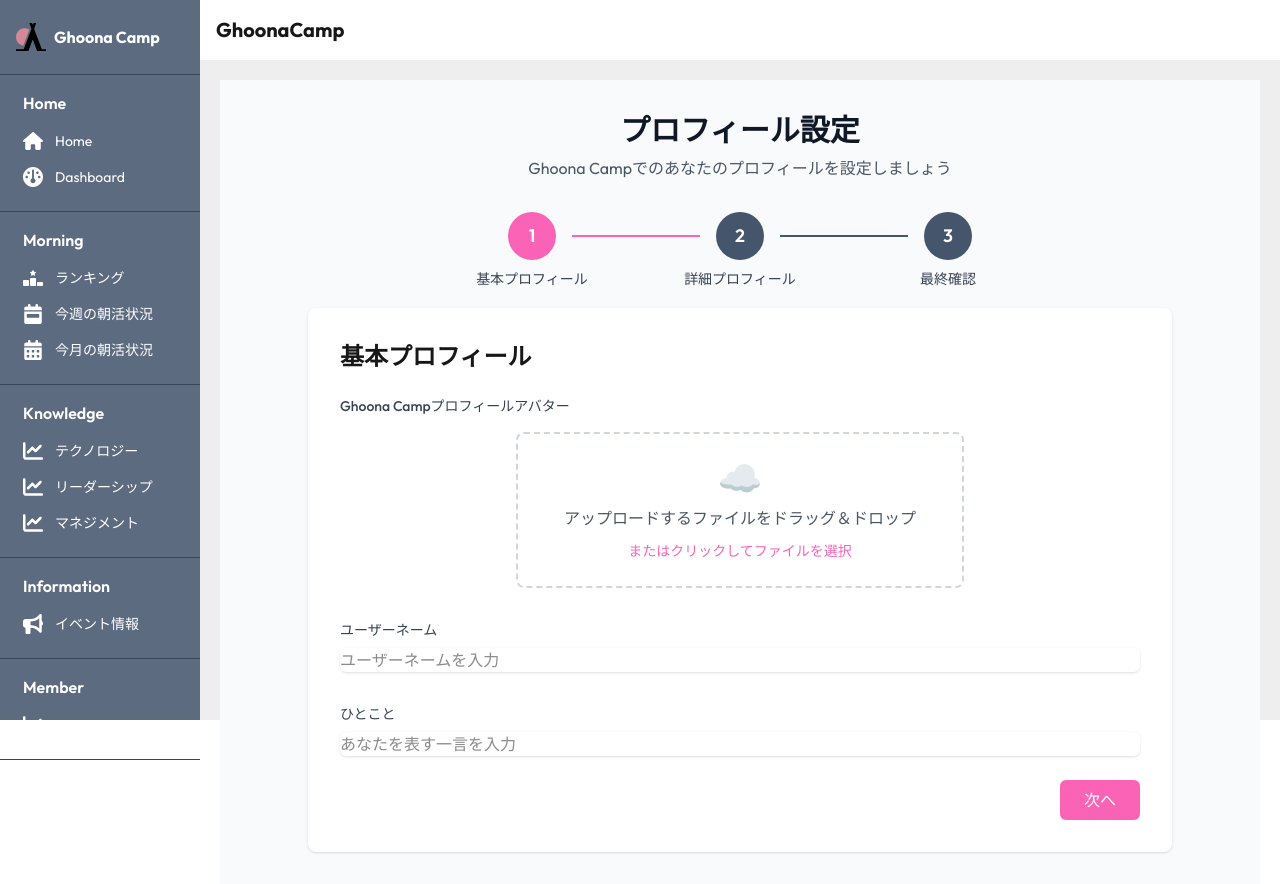
Repository: ShotaGhoona/ghoonacamp_platform
Page: /setting/profile
The author's editor kept a copy of each file at every save. The page is drawn from the files as they stood at one save, then again after the next save.
The browser window is 1280 px wide. The pictures show the whole page.
The page's requests for data from a server got no answer. The project was rebuilt for these pictures with package versions that can differ from the ones it lists, and the page was loaded fresh each time. Some packages were replaced by stand-ins written for this rebuild. The framework's server and built-in components were replaced by stand-ins that run in the browser. No one was signed in, and anything a server would have sent is missing. Also part of the build but not shown: next.config.js, src/features/setting/profile/display/DetailProfileForm.tsx, src/features/setting/profile/components/ProfilePreview.tsx, src/features/setting/profile/display/ConfirmationView.tsx.

Above is the page before, as saved 2025-04-29 12:59:53.

After the next save:
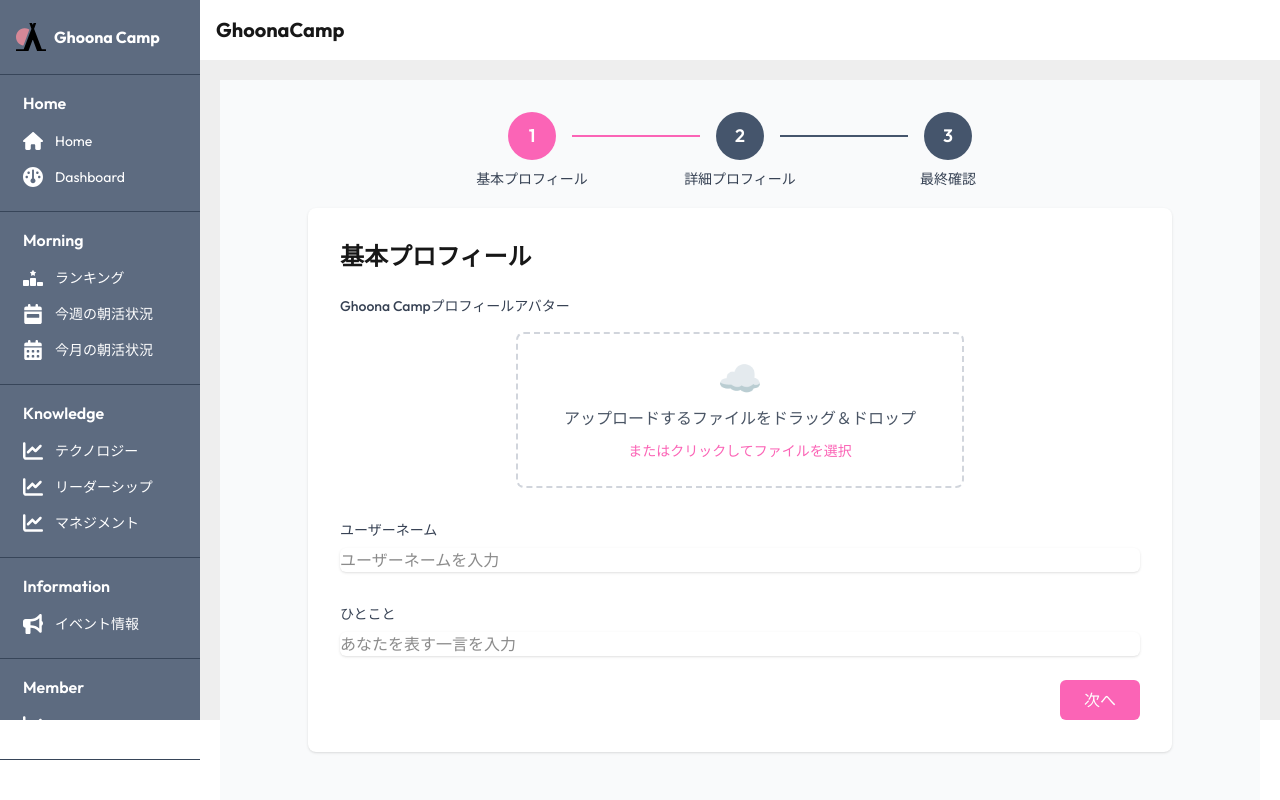
Saved 2 min 18 s later.
--- a/src/app/setting/profile/page.tsx
+++ b/src/app/setting/profile/page.tsx
@@ -36,13 +36,6 @@ export default function ProfileSettingPage() {
   return (
     <div className="min-h-screen bg-gray-50 py-8">
       <div className="max-w-4xl mx-auto px-4">
-        {/* ヘッダー */}
-        <div className="text-center mb-8">
-          <h1 className="text-3xl font-bold text-gray-900">プロフィール設定</h1>
-          <p className="mt-2 text-gray-600">
-            Ghoona Campでのあなたのプロフィールを設定しましょう
-          </p>
-        </div>
 
         {/* ステップインジケーター */}
         <StepIndicator currentStep={currentStep} />
